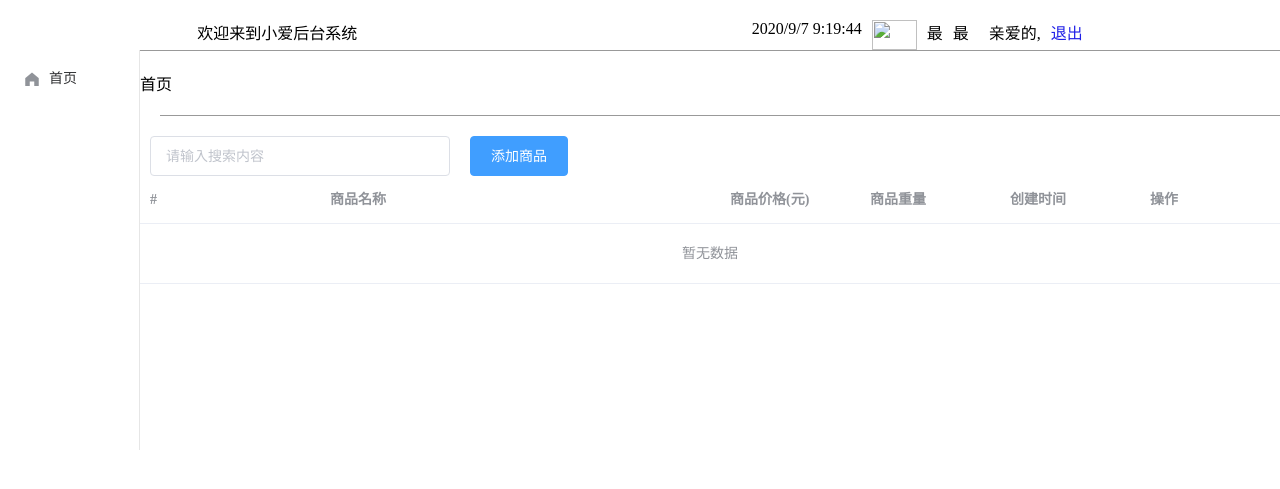
Repository: wujingwenwu/system
Page: /goods/goods
An editor plug-in stored every save of this project. The page is shown before and after the next save, followed by the edit.
The browser window is 1280 px wide. The pictures show the whole page.
The page's requests for data from a server got no answer. The project was rebuilt for these pictures with package versions that can differ from the ones it lists, and the page was loaded fresh each time. No one was signed in, and anything a server would have sent is missing. Also part of the build but not shown: vue.config.js, src/views/Home.vue.

Above is the page before, as saved 2020-09-07 11:33:54.

After the next save:
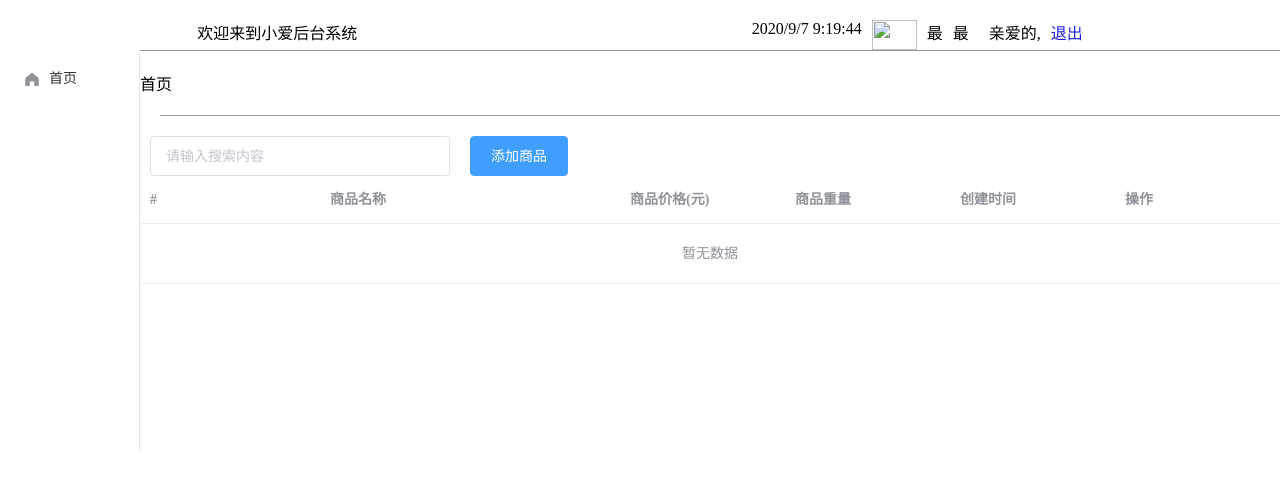
Saved 10 s later.
--- a/src/views/goods/Goods.vue
+++ b/src/views/goods/Goods.vue
@@ -23,7 +23,7 @@
       <el-table-column
         prop="goods_name"
         label="商品名称"
-        width="400">
+        width="300">
       </el-table-column>
       <el-table-column
         prop="goods_price"
